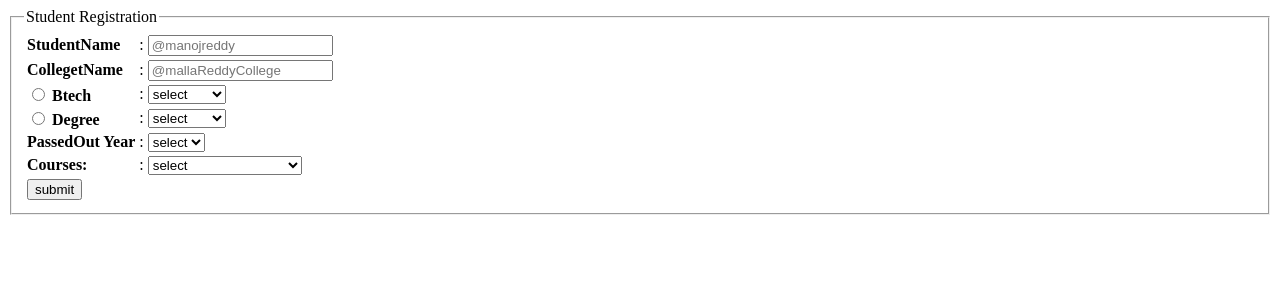
Repository: JanapatlaManojReddy/java
Page: http://localhost/institutionProject/StudentRegistration.jsp
An editor plug-in stored every save of this project. The page is shown before and after the next save, followed by the edit.
The browser window is 1280 px wide. The pictures show the whole page.
The page is served by Tomcat 9.

Above is the page before, as saved 2023-08-19 14:18:21.

After the next save:
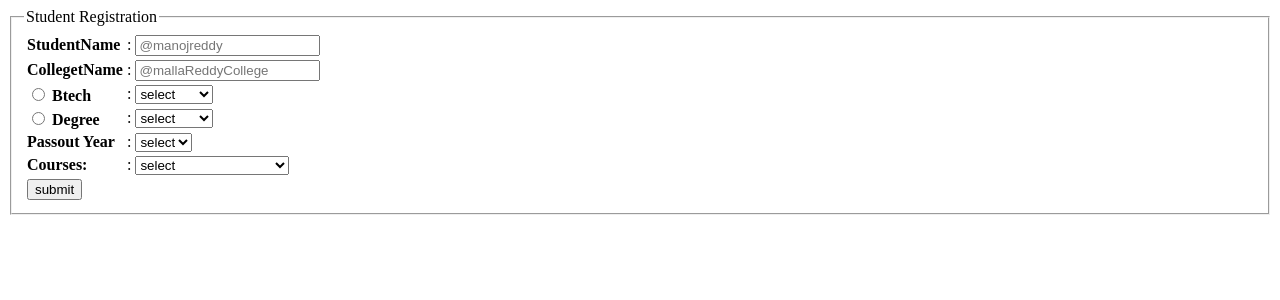
Saved 5 min 15 s later.
--- a/institutionProject/src/main/webapp/StudentRegistration.jsp
+++ b/institutionProject/src/main/webapp/StudentRegistration.jsp
@@ -69,7 +69,7 @@
 </tr>
 <tr>
 <th align="left">
-<lable for="pyear">PassedOut Year</lable>
+<lable for="pyear">Passout Year</lable>
 </th>
 <td>:
 <select id="pyear" name="pyear">
